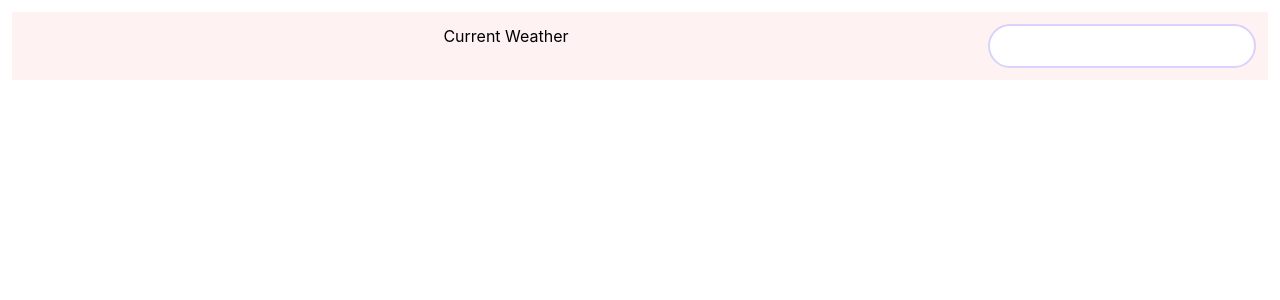
Repository: clintonmedbery/weather-client
Page: /
The author's editor kept a copy of each file at every save. The page is drawn from the files as they stood at one save, then again after the next save.
The browser window is 1280 px wide. The pictures show the whole page.
The project was rebuilt for these pictures with package versions that can differ from the ones it lists, and the page was loaded fresh each time. Also part of the build but not shown: craco.config.js.

Above is the page before, as saved 2021-04-14 13:20:09.

After the next save:
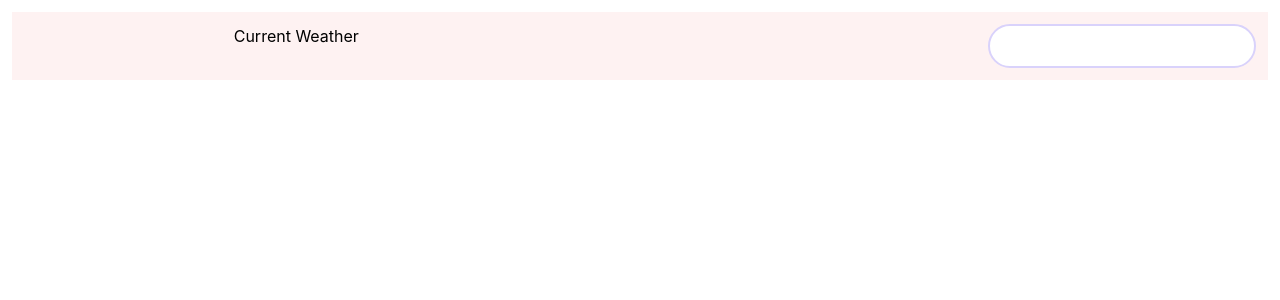
Saved 8 s later.
--- a/src/modules/weather-page.component.js
+++ b/src/modules/weather-page.component.js
@@ -17,6 +17,7 @@
   return (
     <div className="flex w-90 bg-red-50 m-3 p-3">
       <div className="flex-grow">Current Weather</div>
+      <div className="flex-grow"></div>
       <Input />
     </div>
   )

After the save that followed:
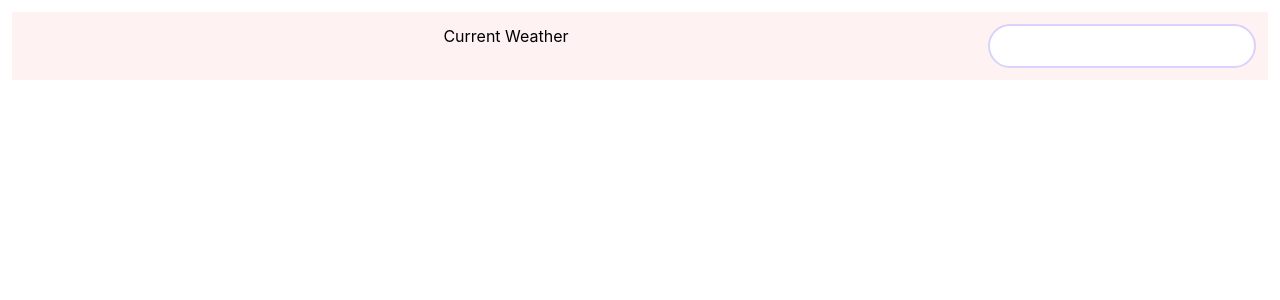
Saved 7 s later.
--- a/src/modules/weather-page.component.js
+++ b/src/modules/weather-page.component.js
@@ -17,8 +17,9 @@
   return (
     <div className="flex w-90 bg-red-50 m-3 p-3">
       <div className="flex-grow">Current Weather</div>
-      <div className="flex-grow"></div>
+      <div className="flex-none">
       <Input />
+      </div>
     </div>
   )
 }
